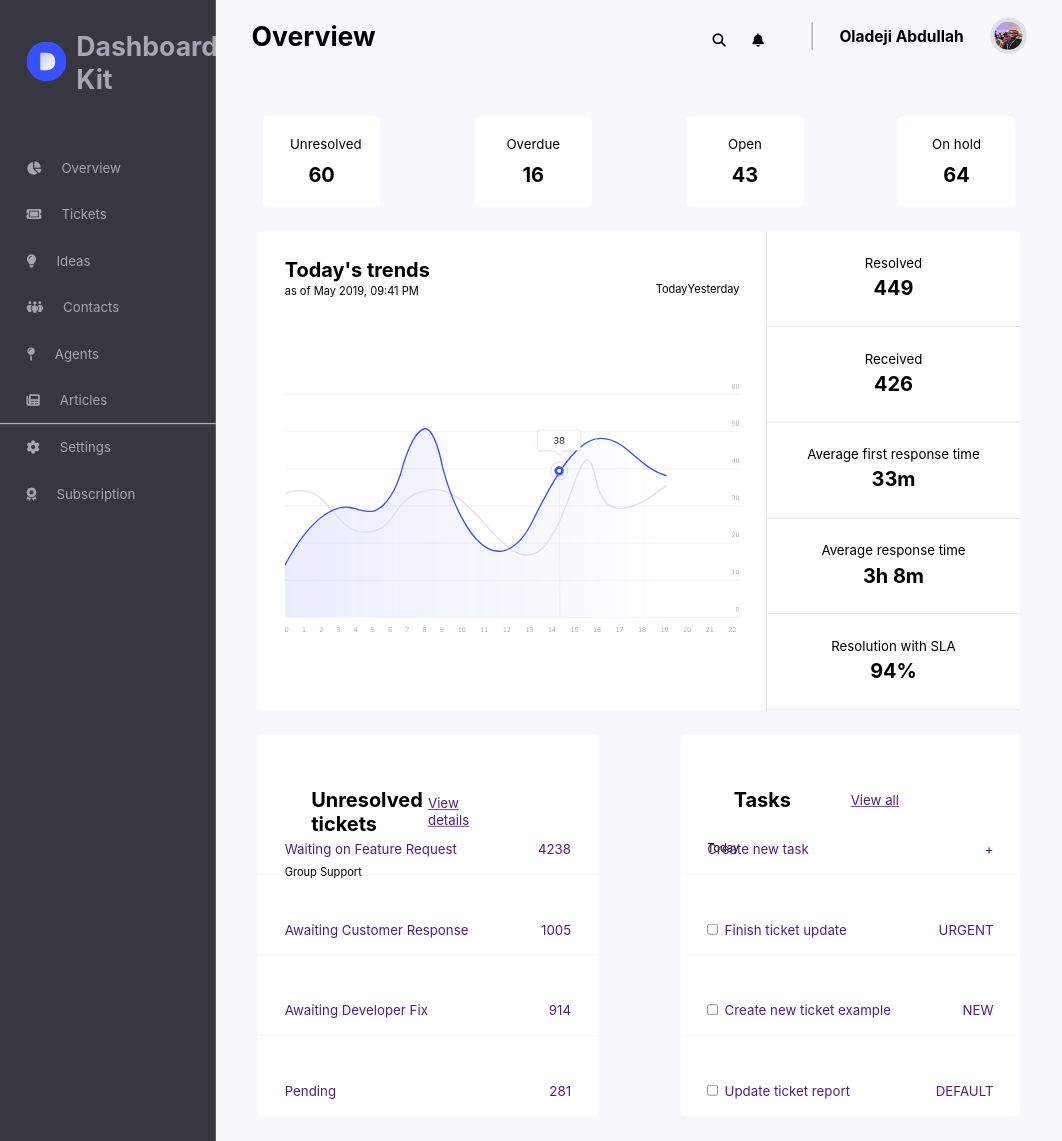
Repository: BuduCE/dashboard
Page: /
An editor plug-in stored every save of this project. The page is shown before and after the next save, followed by the edit.
The browser window is 1280 px wide. The pictures show the whole page, at 83% of full size.
Some web libraries are served in a nearby version. The project was rebuilt for these pictures with package versions that can differ from the ones it lists, and the page was loaded fresh each time. Also part of the build but not shown: src/pages/Tickets/index.jsx.

Above is the page before, as saved 2022-08-06 00:09:09.

### public/index.html
<!DOCTYPE html>
<html lang="en">
  <head>
    <meta charset="utf-8" />
    <link rel="icon" href="%PUBLIC_URL%/favicon.ico" />
    <meta name="viewport" content="width=device-width, initial-scale=1" />
    <meta name="theme-color" content="#000000" />
    <meta
      name="description"
      content="Web site created using create-react-app"
    />
    <link rel="apple-touch-icon" href="%PUBLIC_URL%/logo192.png" />
    <!--
      manifest.json provides metadata used when your web app is installed on a
      user's mobile device or desktop. See https://developers.google.com/web/fundamentals/web-app-manifest/
    -->
    <link rel="manifest" href="%PUBLIC_URL%/manifest.json" />
    <!--
      Notice the use of %PUBLIC_URL% in the tags above.
      It will be replaced with the URL of the `public` folder during the build.
      Only files inside the `public` folder can be referenced from the HTML.

      Unlike "/favicon.ico" or "favicon.ico", "%PUBLIC_URL%/favicon.ico" will
      work correctly both with client-side routing and a non-root public URL.
      Learn how to configure a non-root public URL by running `npm run build`.
    -->

    <!-- Font-Awesome  -->
    <link
      rel="stylesheet" href="https://cdnjs.cloudflare.com/ajax/libs/font-awesome/6.1.1/css/all.min.css" integrity="sha512-KfkfwYDsLkIlwQp6LFnl8zNdLGxu9YAA1QvwINks4PhcElQSvqcyVLLD9aMhXd13uQjoXtEKNosOWaZqXgel0g==" crossorigin="anonymous" referrerpolicy="no-referrer"
    />
    <title>Admin Dashboard</title>
  </head>
  <body>
    <noscript>You need to enable JavaScript to run this app.</noscript>
    <div id="root"></div>
    <!--
      This HTML file is a template.
      If you open it directly in the browser, you will see an empty page.

      You can add webfonts, meta tags, or analytics to this file.
      The build step will place the bundled scripts into the <body> tag.

      To begin the development, run `npm start` or `yarn start`.
      To create a production bundle, use `npm run build` or `yarn build`.
    -->
  </body>
</html>

### src/index.css
* {
  margin: 0;
  padding: 0;
  box-sizing: border-box;
}
body {
  margin: 0;
  font-family: -apple-system, BlinkMacSystemFont, 'Segoe UI', 'Roboto', 'Oxygen',
    'Ubuntu', 'Cantarell', 'Fira Sans', 'Droid Sans', 'Helvetica Neue',
    sans-serif;
  -webkit-font-smoothing: antialiased;
  -moz-osx-font-smoothing: grayscale;
  background: rgba(54, 55, 64, 1);
}

code {
  font-family: source-code-pro, Menlo, Monaco, Consolas, 'Courier New',
    monospace;
}

### src/App.js
import './App.css';
// import Overview from './pages/Overview';
// import Header from './components/common/Header';
import Sidenav from './components/common/SideNav';
// import Login from './pages/Login';

function App() {
  return (
    <div className="App">
      <Sidenav />
      {/* <Login /> */}
    </div>
  );
}

export default App;

### src/components/common/SideNav/index.jsx
import React from 'react'
import Overview from '../../../pages/Overview'
import Tickets from '../../../pages/Tickets'
import Header from '../Header'
import Logo from '../Logo'
import './styles.css'

const Sidenav = () => {
  return (
    <div className='dashboard'>
        <div className="navbar">
            <div className="logo">
                <Logo />
                <h1>Dashboard Kit</h1>
            </div>
            <div className="heading">
                <i className='fas fa-chart-pie'></i>
                <p>Overview</p>
            </div>
            <div className="heading">
                <i className='fas fa-ticket'></i>
                <p>Tickets</p>
            </div>
            <div className="heading">
                <i className='fas fa-lightbulb'></i>
                <p>Ideas</p>
            </div>
            <div className="heading">
                <i className='fas fa-people-group'></i>
                <p>Contacts</p>
            </div>
            <div className="heading">
                <i className='fas fa-map-pin'></i>
                <p>Agents</p>
            </div>
            <div className="heading divider">
                <i className='fas fa-newspaper'></i>
                <p>Articles</p>
            </div>
            <div className="heading">
                <i className='fas fa-gear'></i>
                <p>Settings</p>
            </div>
            <div className="heading">
                <i className='fas fa-award'></i>
                <p>Subscription</p>
            </div>

        </div>
        <div className="info">
            {/* <Header /> */}
            <Overview />
            {/* <Tickets /> */}
        </div>
    </div>
  )
}

export default Sidenav

### src/pages/Overview/index.jsx
import React from 'react'
import './styles.css'
import TrendMap from './graph.svg'
import Header from '../../components/common/Header'

const Overview = () => {
  return (
    <>
        <Header />
        <div className='overview_pg'>
            {/* Specific status */}
            <div className="overview_stat">
                <div className="overview_info">
                    <p>Unresolved</p>
                    <h2>60</h2>
                </div>
                <div className="overview_info">
                    <p>Overdue</p>
                    <h2>16</h2>
                </div>
                <div className="overview_info">
                    <p>Open</p>
                    <h2>43</h2>
                </div>
                <div className="overview_info">
                    <p>On hold</p>
                    <h2>64</h2>
                </div>
            </div>

            {/* Today's trend */}
            <div className="trends">
                <div className="trends_head">
                    <div className="trends_headT">
                        <div className="trend_title">
                            <h2>Today's trends</h2>
                        </div>
                        <div className="trend_title_stat">
                            <div className="trend_date">
                                <small>as of May 2019, 09:41 PM</small>
                            </div>
                            <div className="trend_day">
                                <small>Today</small>
                                <small>Yesterday</small>
                            </div>
                        </div>
                    </div>

                    <div className="trends_headB">
                        <img src={TrendMap} alt="Trend Chart" />
                    </div>
                </div>

                <div className="trends_summary">
                    <div className="summary_type">
                        <p>Resolved</p>
                        <h2>449</h2>
                    </div>
                    <div className="summary_type">
                        <p>Received</p>
                        <h2>426</h2>
                    </div>
                    <div className="summary_type">
                        <p>Average first response time</p>
                        <h2>33m</h2>
                    </div>
                    <div className="summary_type">
                        <p>Average response time</p>
                        <h2>3h 8m</h2>
                    </div>
                    <div className="summary_type">
                        <p>Resolution with SLA</p>
                        <h2>94%</h2>
                    </div>
                </div>
            </div>

            <div className="ticket_n_task">
                <div className="ticket">
                    <div className="ticket_head">
                        <div className="ticket_title">
                            <h2>Unresolved tickets</h2>
                            <a href="">View details</a>
                        </div>
                        <small>Group Support</small>
                    </div>
                    <div className="ticket_list">
                        <a href="">
                            <p>Waiting on Feature Request</p>
                            <p>4238</p>
                        </a>
                        <a href="">
                            <p>Awaiting Customer Response</p>
                            <p>1005</p>
                        </a>
                        <a href="">
                            <p>Awaiting Developer Fix</p>
                            <p>914</p>
                        </a>
                        <a href="">
                            <p>Pending</p>
                            <p>281</p>
                        </a>
                    </div>
                </div>

                <div className="task">
                    <div className="ticket_head">
                        <div className="ticket_title">
                            <h2>Tasks</h2>
                            <a href="">View all</a>
                        </div>
                        <small>Today</small>
                    </div>

                    <div className="ticket_list">
                        <a href="">
                            <p>Create new task</p>
                            <p>+</p>
                        </a>
                        <a href="">
                            <div className='task_todo'>
                                <input type="checkbox" name="" id="" />
                                <label htmlFor="">Finish ticket update</label>
                            </div>

                            <p>URGENT</p>
                        </a>
                        <a href="">
                            <div className='task_todo'>
                                <input type="checkbox" name="" id="" />
                                <label htmlFor="">Create new ticket example</label>
                            </div>

                            <p>NEW</p>
                        </a>
                        <a href="">
                            <div className='task_todo'>
                                <input type="checkbox" name="" id="check" />
                                <label htmlFor="">Update ticket report</label>
                            </div>

                            <p>DEFAULT</p>
                        </a>
                    </div>
                </div>
            </div>
        </div>
    </>
  )
}

export default Overview

### src/components/common/Header/index.jsx
import React from 'react'
import './styles.css'
import budu from './budu.jpg'

const Header = () => {
  return (
    <div className='head_er'>
        <div className="headerL">
            <h1>Overview</h1>
        </div>
        <div className="headerR">
            <i className='fas fa-magnifying-glass icon'></i>
            <i className='fas fa-bell icon bell'></i>
            <h3>Oladeji Abdullah</h3>
            <img src={budu} alt="" />
        </div>
    </div>
  )
}

export default Header

### src/components/common/Logo/index.jsx
import React from 'react'
import companyLogo from './logo.svg'

const Logo = () => {
  return (
    <div>
        <img src={companyLogo} alt="" />
    </div>
  )
}

export default Logo

### src/components/common/SideNav/styles.css
.dashboard{
    display: grid;
    grid-template-columns: 1fr 5fr;
}
.navbar{
    padding: 37px 0;
    color: #A4A6B3;
}
.logo{
    display: flex;
    padding: 0 32px;
    padding-bottom: 59px;
    align-items: center;
}
.logo h1{
    margin-left: 12px;
    width: 136px;
}
.heading{
    width: 100%;
    display: flex;
    padding: 18px 32px;
    align-items: center;
}
.heading p{
    margin-left: 24px;
}
.heading:hover{
    border-left: 1px solid #DDE2FF;
    color: #DDE2FF;
}
.info{
    background: #F7F8FC;
    /* height: 100vh; */
}
.divider{
    border-bottom: 1px solid #DFE0EB;
}

### src/pages/Overview/styles.css
.overview_pg{
    margin-top: 54px;
}
.overview_stat{
    display: grid;
    grid-template-columns: 1fr 1fr 1fr 1fr;
    /* justify-content: space-evenly; */
    width: 100%;
}
.overview_info{
    display: flex;
    flex-direction: column;
    text-align: center;
    /* border: 1px solid; */
    border-radius: 5px;
    padding: 24px 32px;
    background: #fff;
    box-shadow: 15px;
    width: 55%;
    margin: auto;
}
.overview_info:hover{
    color: blue;
    border: 1px blue solid;
}
.overview_info p{
    padding-bottom: 12px;
}

/* trend  */
.trends{
    width: 90%;
    background: #fff;
    margin: auto;
    border-radius: 5px;
    height: 80vh;
    margin-top: 30px;
    display: grid;
    grid-template-columns: 2fr 1fr;
    margin-top: 30px;
}
.trends_head{
    padding: 32px;
}
.trend_title_stat{
    display: flex;
    justify-content: space-between;
}
.trend_day{
    display: flex;
    justify-content: space-evenly;
}
.trends_headB img{
    width: 100%;
    margin-top: 54px;
    height: 55vh;
}

/* summary  */
.trends_summary{
    display: grid;
    grid-template-rows: 1fr 1fr 1fr 1fr 1fr;
}
.summary_type{
    padding: 28px;
    border-left: 1px solid #dfe0e5;
    border-bottom: 1px solid #dfe0e5;
    text-align: center;
}
.summary_type p{
    margin-bottom: 6px;
}

/* Tickets */
.ticket_n_task{
    display: grid;
    grid-template-columns: 1fr 1fr;
    width: 90%;
    margin: auto;
    margin-top: 30px;
    margin-bottom: 30px;
}
.ticket{
    margin-right: 50px;
}
.task{
    margin-left: 50px;
}
.ticket,.task{
    border-radius: 5px;
    background: #fff;
}
.ticket_head{
    padding: 32px;
    margin-bottom: 8px;
    width: 80%;
    height: 10vh;
}
.ticket_title{
    display: flex;
    justify-content: space-between;
    align-items: center;
}
.ticket_list a{
    text-decoration: none;
    display: flex;
    justify-content: space-between;
    align-items: center;
    padding: 20px 32px;
    border-bottom: 1px solid #F7F8FC;
    margin-top: 36px;
    align-items: center;
}
.task_todo{
    align-items: center;
}
.task_todo label{
    margin-left: 8px;
}

### src/pages/Tickets/styles.css
.ticket_pg{
    background: #fff;
    border-radius: 5px;
    height: 96vh;
    width: 95%;
    margin: auto;
    margin-top: 54px;
}
.ticket_title{
    display: flex;
    justify-content: space-between;
    padding: 32px;
}
.titleR, .titleR_icon{
    display: flex;
    justify-content: space-between;
    align-items: center;
    margin-left: 32px;
}
.titleR_icon p{
    margin-left: 8px;
}
/* .tab_head{
    display: grid;
    grid-template-columns: 3fr 2fr 2fr 1fr;
    margin: auto;
    padding: 0 77px 12px 31px;
    border-bottom: 1px solid #dfe0e5;
} */
.tab_info{
    display: grid;
    grid-template-columns: 3fr 2fr 2fr 1fr;
    margin: auto;
    padding: 24px 31px;
    border-bottom: 1px solid #dfe0e5;
}
.tab_info:hover{
    background: #F7F8FC;
}
.info_title{
    display: grid;
    grid-template-columns: 1fr 7fr;
}
.info_title img{
    width: 44px;
    height: 44px;
    border: 5px solid #dfe0e5;
    border-radius: 50%;
}
.ticket_tab{
    margin: auto;
}
.info_status{
    display: flex;
    /* grid-template-columns: 1fr 1fr; */
    justify-content: space-between;
    align-items: center;
}
.info_status button{
    padding: 5px 20px;
    border-radius: 40%;
    background: red;
    color: #fff;
    border: none;
}

### src/components/common/Header/styles.css
.head_er{
    display: flex;
    justify-content: space-between;
    width: 100%;
    height: 10vh;
    padding: 43px 43px;
    align-items: center;
}
.headerR{
    display: flex;
    justify-content: space-between;
    align-items: center;
}
.icon{
    width: 16px;
    height: 16px;
    padding: 5px 24px;
}
.bell{
    padding-right: 72px;
}
.headerR h3{
    padding: 5px 32px;
    border-left: 1px solid grey;
}
.headerR img{
    width: 44px;
    height: 44px;
    border-radius: 50%;
    border: 5px solid #dfe0e5;
}

Loaded but not shown: src/index.js (common file); src/reportWebVitals.js (common file); src/App.css (common file)

After the next save:
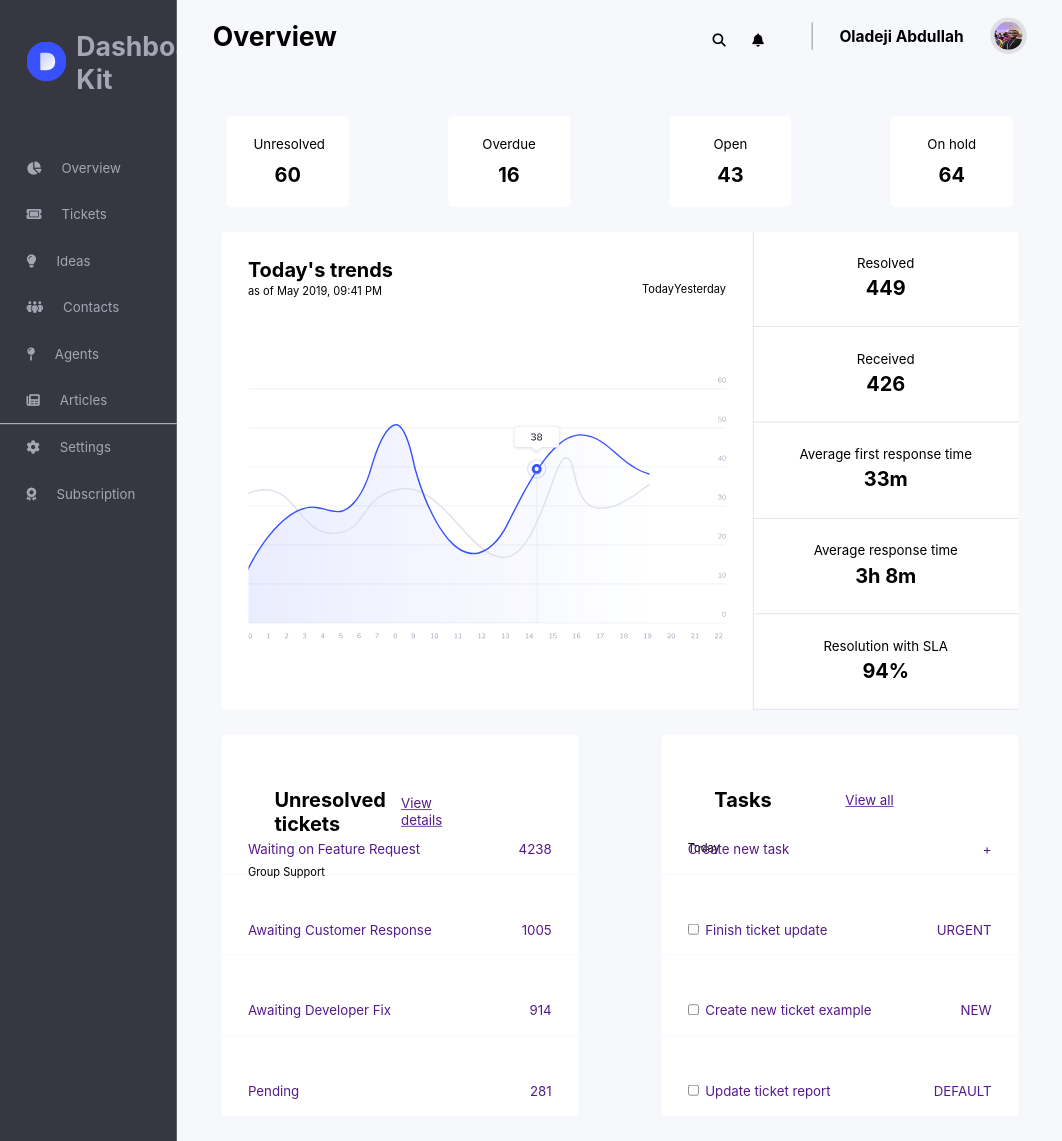
Saved 7 s later.
--- a/src/components/common/SideNav/styles.css
+++ b/src/components/common/SideNav/styles.css
@@ -14,7 +14,7 @@
 }
 .logo h1{
     margin-left: 12px;
-    width: 136px;
+    width: 36px;
 }
 .heading{
     width: 100%;
